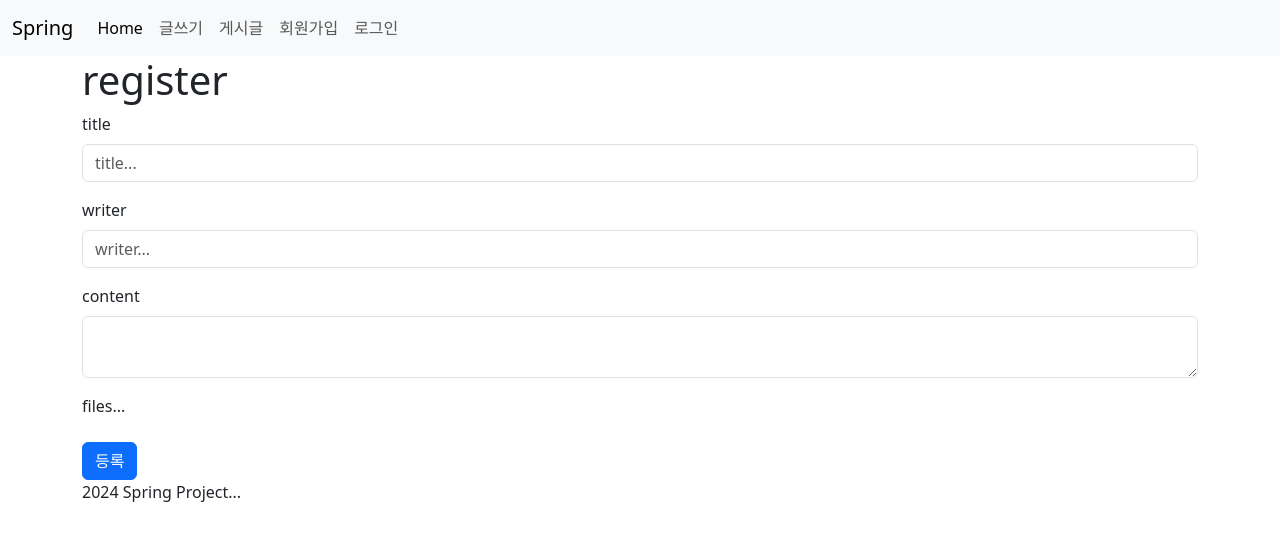
Repository: dlwpsdlwps/springTest240430
Page: http://localhost/spring_study/WEB-INF/views/board/register.jsp
An editor plug-in stored every save of this project. The page is shown before and after the next save, followed by the edit.
The browser window is 1280 px wide. The pictures show the whole page.
The page is served by Tomcat 9. Nobody is signed in. The template is opened directly, without the code that normally fills it, so the values that code supplies are empty.

Above is the page before, as saved 2024-04-29 01:35:08.

After the next save:
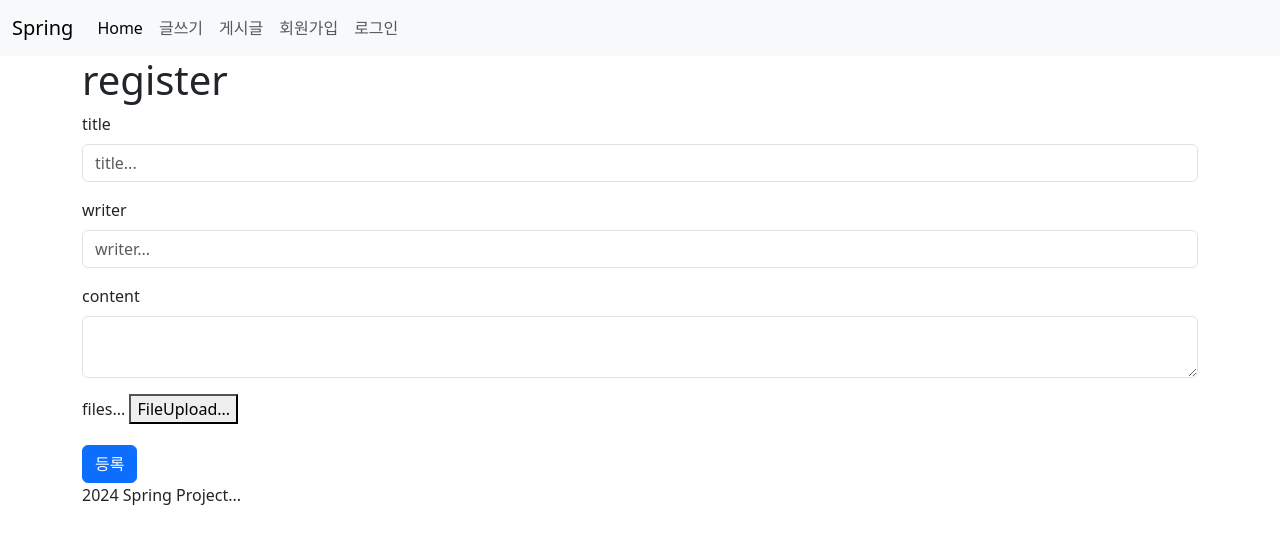
Saved 41 s later.
--- a/spring_study/src/main/webapp/WEB-INF/views/board/register.jsp
+++ b/spring_study/src/main/webapp/WEB-INF/views/board/register.jsp
@@ -21,6 +21,7 @@
 		<div class="mb-3">
 		  <label for="file" class="form-label">files...</label>
 		  <input type="file" class="form-control" name="files" id="file" multiple="multiple" style="display: none">
+		  <button type="button" class="">FileUpload...</button>
 		</div>
 
 		<button type="submit" class="btn btn-primary">등록</button>
